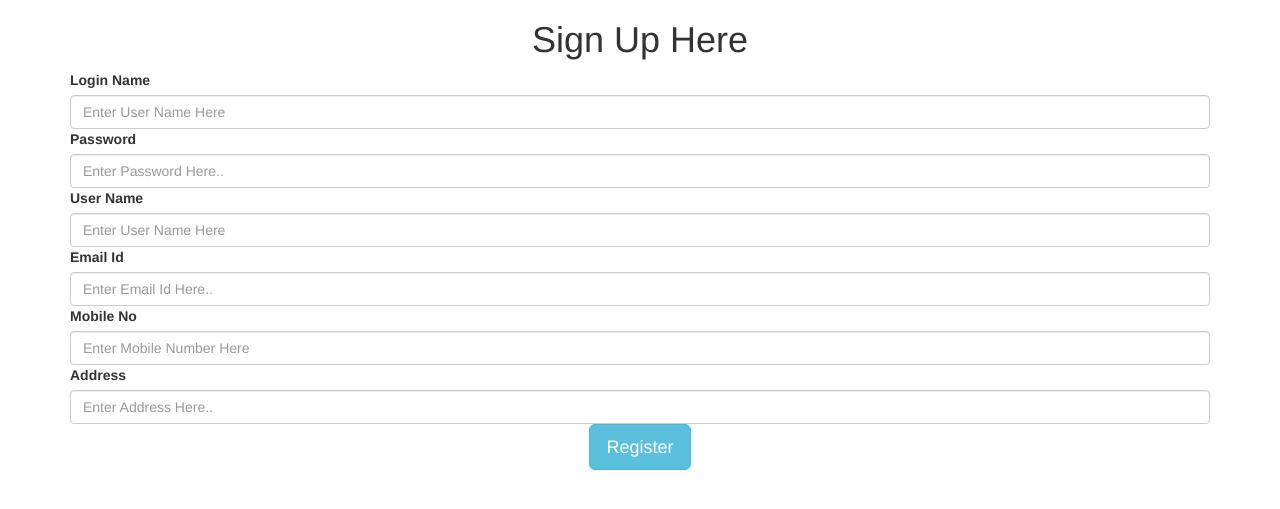
Repository: ManaliSant/Project-2-
Page: InteractionFrontEnd/WebContent/web/c_user/SignUp.html
These files come from the project's save history. The page is drawn as it stood at one moment and after the next save; the edit follows.
The browser window is 1280 px wide. The pictures show the whole page.

Above is the page before, as saved 2018-12-17 11:51:12.
Console error: ReferenceError: myApp is not defined

After the next save:
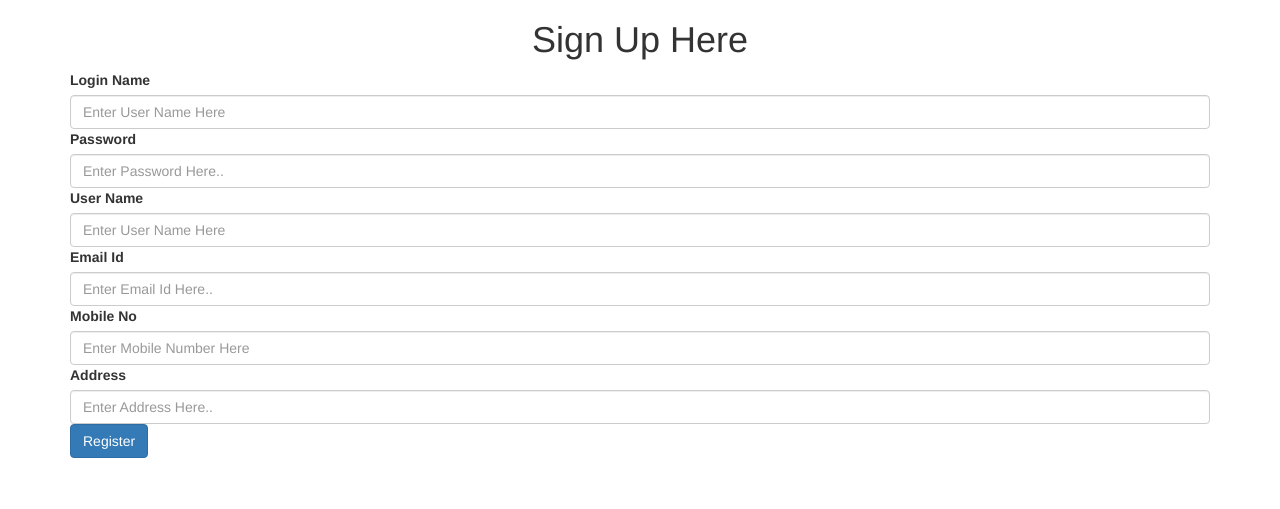
Saved 87 s later.
--- a/InteractionFrontEnd/WebContent/web/c_user/SignUp.html
+++ b/InteractionFrontEnd/WebContent/web/c_user/SignUp.html
@@ -10,7 +10,7 @@
 	src="https://ajax.googleapis.com/ajax/libs/jquery/3.3.1/jquery.min.js"></script>
 <script
 	src="https://maxcdn.bootstrapcdn.com/bootstrap/3.3.7/js/bootstrap.min.js"></script>
-	<script src="web/c_user/UserController.js"></script>
+<script src="web/c_user/UserController.js"></script>
 </head>
 
 <div class="container" ng-controller="UserController">
@@ -20,48 +20,49 @@
 	</h1>
 
 
-			<form>
+	<form>
 
-						<div>
-							<label>Login Name</label> <input type="text" name="loginname"
-								placeholder="Enter User Name Here" ng-model="user.loginname"
-								class="form-control">
-						</div>
-						<div>
-							<label>Password</label> <input type="password" name="password"
-								placeholder="Enter Password Here.." ng-model="user.password"
-								class="form-control">
-						</div>
+		<div>
+			<label>Login Name</label> <input type="text" name="loginname"
+				placeholder="Enter User Name Here" ng-model="user.loginname"
+				class="form-control">
+		</div>
+		<div>
+			<label>Password</label> <input type="password" name="password"
+				placeholder="Enter Password Here.." ng-model="user.password"
+				class="form-control">
+		</div>
 
 
-						<div>
-							<label>User Name</label> <input type="text" name="username"
-								placeholder="Enter User Name Here" ng-model="user.username"
-								class="form-control">
-						</div>
-						<div>
-							<label>Email Id</label> <input type="email" name="emailid"
-								placeholder="Enter Email Id Here.." ng-model="user.emailid"
-								class="form-control">
-						</div>
+		<div>
+			<label>User Name</label> <input type="text" name="username"
+				placeholder="Enter User Name Here" ng-model="user.username"
+				class="form-control">
+		</div>
+		<div>
+			<label>Email Id</label> <input type="email" name="emailid"
+				placeholder="Enter Email Id Here.." ng-model="user.emailid"
+				class="form-control">
+		</div>
 
-						<div>
-							<label>Mobile No</label> <input type="text" name="mobileno"
-								placeholder="Enter Mobile Number Here" ng-model="user.mobileno"
-								class="form-control">
-						</div>
-						<div>
-							<label>Address</label> <input type="text" name="address"
-								placeholder="Enter Address Here.." ng-model="user.address"
-								class="form-control">
-						</div>
+		<div>
+			<label>Mobile No</label> <input type="text" name="mobileno"
+				placeholder="Enter Mobile Number Here" ng-model="user.mobileno"
+				class="form-control">
+		</div>
+		<div>
+			<label>Address</label> <input type="text" name="address"
+				placeholder="Enter Address Here.." ng-model="user.address"
+				class="form-control">
+		</div>
+		<button id="Register" name="Register" ng-click="register()"
+			class="btn btn-primary">Register</button>
 
+		<!-- <center>
+			<input type="submit" value="Register" class="btn btn-lg btn-info"
+				ng-click="register()" />
+		</center> -->
 
-					<center>
-						<input type="submit" value="Register" class="btn btn-lg btn-info"
-							ng-click="register()" />
-					</center>
-
-			</form>
-		</div>
+	</form>
+</div>
 </html>
